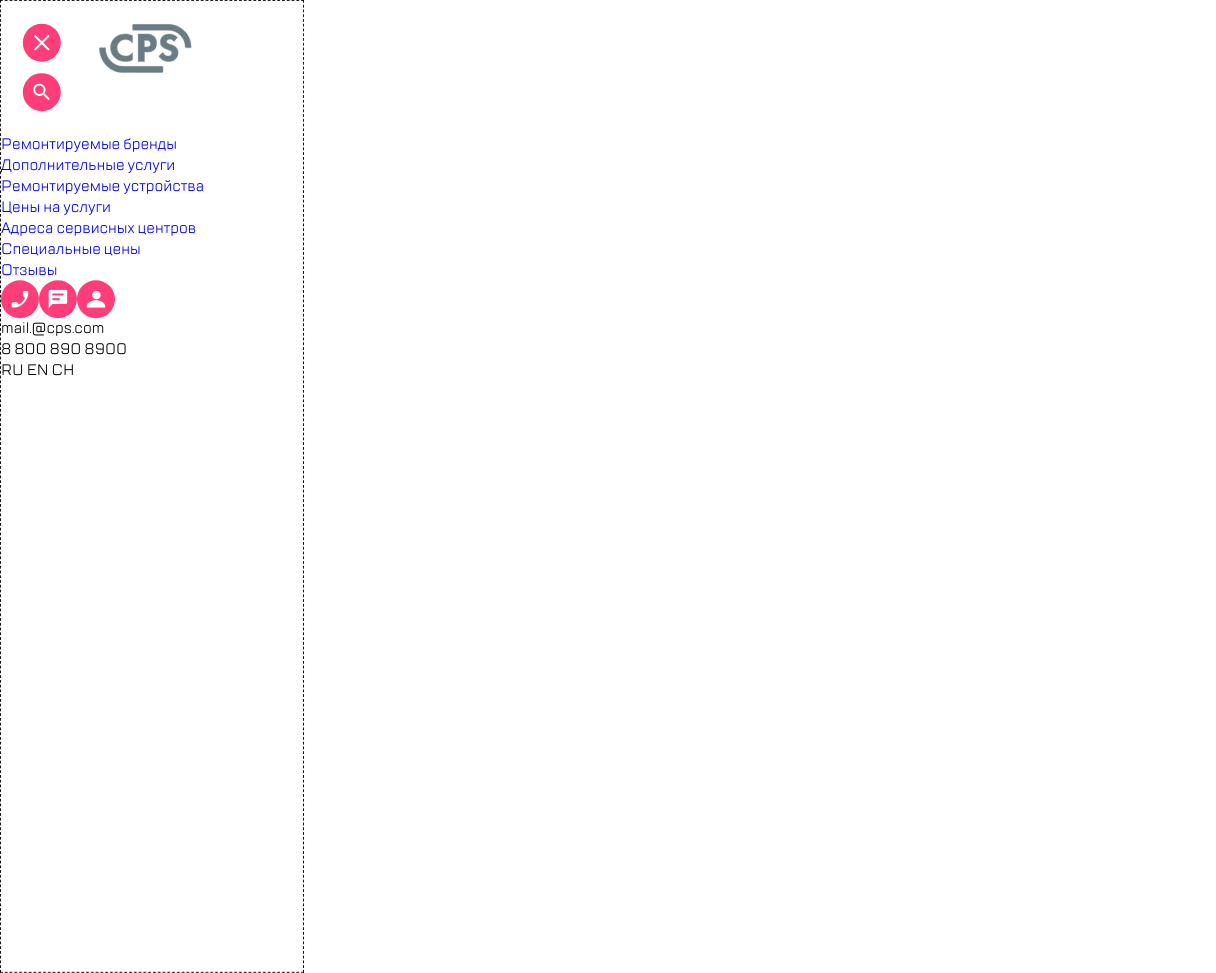
Repository: Dedoxa/Kata-WebCore-
Page: aside.html
The author's editor kept a copy of each file at every save. The page is drawn from the files as they stood at one save, then again after the next save.
The browser window is 1280 px wide. The pictures show the whole page, at 95% of full size.

Above is the page before, as saved 2024-05-11 18:52:22.

### aside.html
<!DOCTYPE html>
<html lang="en">
  <head>
    <meta charset="UTF-8" />
    <meta name="viewport" content="width=device-width, initial-scale=1.0" />
    <link rel="stylesheet" href="./aside.css" />
    <title>Kata WebCore 1.4</title>
  </head>
  <body>
    <aside class="aside">
      <div class="aside-header">
        <div class="aside-header__wrapper">
          <div class="aside-header__left">
            <a href="#" class="icon">
              <svg
                width="18"
                height="18"
                viewBox="0 0 18 18"
                fill="none"
                xmlns="http://www.w3.org/2000/svg"
              >
                <path
                  fill-rule="evenodd"
                  clip-rule="evenodd"
                  d="M2.79348 1.25712C2.40295 0.866593 1.76979 0.866592 1.37927 1.25712L1.25712 1.37927C0.866592 1.76979 0.866593 2.40296 1.25712 2.79348L7.46364 9L1.25712 15.2065C0.866593 15.597 0.866592 16.2302 1.25712 16.6207L1.37927 16.7429C1.76979 17.1334 2.40295 17.1334 2.79348 16.7429L9 10.5364L15.2065 16.7429C15.597 17.1334 16.2302 17.1334 16.6207 16.7429L16.7429 16.6207C17.1334 16.2302 17.1334 15.597 16.7429 15.2065L10.5364 9L16.7429 2.79348C17.1334 2.40296 17.1334 1.76979 16.7429 1.37927L16.6207 1.25712C16.2302 0.866592 15.597 0.866593 15.2065 1.25712L9 7.46364L2.79348 1.25712Z"
                  fill="white"
                />
              </svg>
            </a>
            <a href="#" class="icon">
              <svg
                width="98"
                height="52"
                viewBox="0 0 98 52"
                fill="none"
                xmlns="http://www.w3.org/2000/svg"
              >
                <path
                  fill-rule="evenodd"
                  clip-rule="evenodd"
                  d="M36.5703 0.592529C36.018 0.592529 35.5703 1.04024 35.5703 1.59253V5.86748C35.5703 6.41977 36.018 6.86748 36.5703 6.86748H72.8973C83.0242 6.86748 90.9777 14.6641 90.9777 24.757C90.9777 25.0425 91.2092 25.274 91.4948 25.274H96.757C97.0425 25.274 97.274 25.0425 97.274 24.757C97.274 11.2677 86.432 0.592529 72.8973 0.592529H36.5703Z"
                  fill="#6B7B84"
                  stroke="#80949F"
                  stroke-width="0.5"
                />
                <path
                  fill-rule="evenodd"
                  clip-rule="evenodd"
                  d="M7.10682 25.7122C7.10682 25.4702 6.91059 25.2739 6.66853 25.2739H1.16436C0.922303 25.2739 0.726074 25.4702 0.726074 25.7122C0.726074 39.3616 10.9493 50.6311 24.1687 51.3686L66.5104 51.4064C67.063 51.4069 67.5113 50.959 67.5113 50.4064V45.8267C67.5113 45.2745 67.0635 44.8267 66.5113 44.8267H25.6265C15.3903 44.7984 7.10682 36.283 7.10682 25.7122Z"
                  fill="#6B7B84"
                  stroke="#80949F"
                  stroke-width="0.5"
                />
                <path
                  fill-rule="evenodd"
                  clip-rule="evenodd"
                  d="M28.1415 39.7924C30.8803 39.7924 33.1616 39.2603 35.4149 38.1655L35.5704 38.0199V30.1855L34.7273 31.2649C33.1049 33.0378 30.9259 34.0137 28.4608 34.0137C23.8692 34.0137 19.2575 31.0459 19.2575 25.3738C19.2575 21.0874 22.4381 16.532 28.2993 16.532C29.4688 16.532 32.313 16.8085 34.7232 19.368L35.5704 20.4117V12.6127L35.4218 12.4653C33.1258 11.3147 30.7843 10.7554 28.1137 10.7554C23.5467 10.7554 19.9821 11.9577 17.1438 14.4289C15.3435 15.9777 12.3408 19.4485 12.3408 25.2923C12.3408 29.6131 13.8793 32.9875 17.1669 35.9144C20.2252 38.5962 23.6163 39.7924 28.1415 39.7924Z"
                  fill="#6B7B84"
                />
                <path
                  d="M28.1415 39.7924C30.8803 39.7924 33.1616 39.2603 35.4149 38.1655L35.5704 38.0199V30.1855L34.7273 31.2649C33.1049 33.0378 30.9259 34.0137 28.4608 34.0137C23.8692 34.0137 19.2575 31.0459 19.2575 25.3738C19.2575 21.0874 22.4381 16.532 28.2993 16.532C29.4688 16.532 32.313 16.8085 34.7232 19.368L35.5704 20.4117V12.6127L35.4218 12.4653C33.1258 11.3147 30.7843 10.7554 28.1137 10.7554C23.5467 10.7554 19.9821 11.9577 17.1438 14.4289C15.3435 15.9777 12.3408 19.4485 12.3408 25.2923C12.3408 29.6131 13.8793 32.9875 17.1669 35.9144C20.2252 38.5962 23.6163 39.7924 28.1415 39.7924"
                  stroke="#80949F"
                  stroke-width="0.5"
                />
                <path
                  fill-rule="evenodd"
                  clip-rule="evenodd"
                  d="M47.9111 17.2888H49.2755C50.5269 17.2888 51.9533 17.3571 53.0328 18.093C53.56 18.4695 54.4445 19.3412 54.4445 20.9246C54.4445 22.0946 53.9274 23.1437 53.0734 23.7984C51.9783 24.5932 50.6768 24.5476 49.6309 24.5476H47.9111V17.2888ZM50.977 29.8179C54.2084 29.8179 56.7377 28.8858 58.4943 27.1298C60.655 24.9735 60.9779 22.0073 60.9779 20.4435C60.9779 18.7703 60.5813 15.5066 57.9212 13.1435C55.7407 11.2328 53.4142 10.7554 50.1324 10.7554H41.3779V39.7924H48.0365V29.8179H50.977Z"
                  fill="#6B7B84"
                />
                <path
                  d="M47.9111 17.2888V17.0388H47.6611V17.2888H47.9111ZM53.0328 18.093L53.1782 17.8895L53.1736 17.8864L53.0328 18.093ZM53.0734 23.7984L53.2203 24.0007L53.2254 23.9968L53.0734 23.7984ZM47.9111 24.5476H47.6611V24.7976H47.9111V24.5476ZM58.4943 27.1298L58.3177 26.9529L58.3175 26.953L58.4943 27.1298ZM57.9212 13.1435L58.0872 12.9566L58.086 12.9555L57.9212 13.1435ZM41.3779 10.7554V10.5054H41.1279V10.7554H41.3779ZM41.3779 39.7924H41.1279V40.0424H41.3779V39.7924ZM48.0365 39.7924V40.0424H48.2865V39.7924H48.0365ZM48.0365 29.8179V29.5679H47.7865V29.8179H48.0365ZM47.9111 17.5388H49.2755V17.0388H47.9111V17.5388ZM49.2755 17.5388C50.5326 17.5388 51.8839 17.6123 52.892 18.2995L53.1736 17.8864C52.0227 17.1019 50.5212 17.0388 49.2755 17.0388V17.5388ZM52.8875 18.2964C53.3751 18.6447 54.1945 19.4495 54.1945 20.9246H54.6945C54.6945 19.233 53.7448 18.2943 53.1782 17.8895L52.8875 18.2964ZM54.1945 20.9246C54.1945 22.0205 53.7107 22.9948 52.9213 23.5999L53.2254 23.9968C54.1441 23.2926 54.6945 22.1687 54.6945 20.9246H54.1945ZM52.9265 23.596C51.9091 24.3345 50.6971 24.2976 49.6309 24.2976V24.7976C50.6564 24.7976 52.0475 24.8519 53.2202 24.0007L52.9265 23.596ZM49.6309 24.2976H47.9111V24.7976H49.6309V24.2976ZM48.1611 24.5476V17.2888H47.6611V24.5476H48.1611ZM50.977 30.0679C54.2568 30.0679 56.8563 29.1207 58.671 27.3066L58.3175 26.953C56.6191 28.6509 54.1599 29.5679 50.977 29.5679V30.0679ZM58.6709 27.3068C60.9029 25.0793 61.2279 22.0287 61.2279 20.4435H60.7279C60.7279 21.9859 60.407 24.8678 58.3177 26.9529L58.6709 27.3068ZM61.2279 20.4435C61.2279 18.7422 60.8263 15.3898 58.0872 12.9566L57.7552 13.3304C60.3363 15.6233 60.7279 18.7983 60.7279 20.4435H61.2279ZM58.086 12.9555C55.84 10.9874 53.4417 10.5054 50.1324 10.5054V11.0054C53.3867 11.0054 55.6415 11.4782 57.7564 13.3315L58.086 12.9555ZM50.1324 10.5054H41.3779V11.0054H50.1324V10.5054ZM41.1279 10.7554V39.7924H41.6279V10.7554H41.1279ZM41.3779 40.0424H48.0365V39.5424H41.3779V40.0424ZM48.2865 39.7924V29.8179H47.7865V39.7924H48.2865ZM48.0365 30.0679H50.977V29.5679H48.0365V30.0679Z"
                  fill="#80949F"
                />
                <path
                  fill-rule="evenodd"
                  clip-rule="evenodd"
                  d="M80.953 24.4687C79.5053 23.1861 77.4846 22.4425 75.1911 21.6713C73.5569 21.1027 72.6565 20.7894 72.0562 20.2421C71.5824 19.8399 71.3712 19.4033 71.3712 18.8262C71.3712 17.5622 72.2301 16.2113 74.6414 16.2113C76.2801 16.2113 77.6521 16.912 78.7197 18.293L79.1435 18.8414L82.6597 14.3656L82.3392 14.0445C80.1886 11.8924 77.3548 10.7554 74.1439 10.7554C67.6657 10.7554 64.7658 14.9699 64.7658 19.1468C64.7658 21.3882 65.5651 23.196 67.1367 24.5175C68.5437 25.7234 70.2595 26.3991 71.9054 26.9507L72.0914 27.0123C73.553 27.4954 75.0646 27.9954 75.9674 28.8034C76.5955 29.3805 76.8754 30.0076 76.8754 30.8367C76.8754 32.7368 75.379 34.0137 73.152 34.0137C71.3916 34.0137 69.0735 33.1508 67.8471 30.7296L67.5263 30.0953L63.1558 34.1411L63.4135 34.5056C64.8079 36.4801 67.9545 39.7924 73.3594 39.7924C79.3191 39.7924 83.4817 35.9608 83.4817 30.4751C83.4817 27.3374 82.1051 25.4752 80.953 24.4687Z"
                  fill="#6B7B84"
                />
                <path
                  d="M80.953 24.4687C79.5053 23.1861 77.4846 22.4425 75.1911 21.6713C73.5569 21.1027 72.6565 20.7894 72.0562 20.2421C71.5824 19.8399 71.3712 19.4033 71.3712 18.8262C71.3712 17.5622 72.2301 16.2113 74.6414 16.2113C76.2801 16.2113 77.6521 16.912 78.7197 18.293L79.1435 18.8414L82.6597 14.3656L82.3392 14.0445C80.1886 11.8924 77.3548 10.7554 74.1439 10.7554C67.6657 10.7554 64.7658 14.9699 64.7658 19.1468C64.7658 21.3882 65.5651 23.196 67.1367 24.5175C68.5437 25.7234 70.2595 26.3991 71.9054 26.9507L72.0914 27.0123C73.553 27.4954 75.0646 27.9954 75.9674 28.8034C76.5955 29.3805 76.8754 30.0076 76.8754 30.8367C76.8754 32.7368 75.379 34.0137 73.152 34.0137C71.3916 34.0137 69.0735 33.1508 67.8471 30.7296L67.5263 30.0953L63.1558 34.1411L63.4135 34.5056C64.8079 36.4801 67.9545 39.7924 73.3594 39.7924C79.3191 39.7924 83.4817 35.9608 83.4817 30.4751C83.4817 27.3374 82.1051 25.4752 80.953 24.4687"
                  stroke="#80949F"
                  stroke-width="0.5"
                />
              </svg>
            </a>
          </div>
          <div class="aside-header__right">
            <a href="#" class="icon">
              <svg
                width="18"
                height="18"
                viewBox="0 0 18 18"
                fill="none"
                xmlns="http://www.w3.org/2000/svg"
              >
                <path
                  fill-rule="evenodd"
                  clip-rule="evenodd"
                  d="M12.5006 11.0006H11.7106L11.4306 10.7306C12.6306 9.33063 13.2506 7.42063 12.9106 5.39063C12.4406 2.61063 10.1206 0.390626 7.32063 0.0506256C3.09063 -0.469374 -0.469374 3.09063 0.0506256 7.32063C0.390626 10.1206 2.61063 12.4406 5.39063 12.9106C7.42063 13.2506 9.33063 12.6306 10.7306 11.4306L11.0006 11.7106V12.5006L15.2606 16.7506C15.6706 17.1606 16.3306 17.1606 16.7406 16.7506L16.7506 16.7406C17.1606 16.3306 17.1606 15.6706 16.7506 15.2606L12.5006 11.0006ZM6.50063 11.0006C4.01063 11.0006 2.00063 8.99063 2.00063 6.50063C2.00063 4.01063 4.01063 2.00063 6.50063 2.00063C8.99063 2.00063 11.0006 4.01063 11.0006 6.50063C11.0006 8.99063 8.99063 11.0006 6.50063 11.0006Z"
                  fill="white"
                />
              </svg>
            </a>
          </div>
        </div>
      </div>
      <nav class="aside__bookmark-list">
        <a
          href="#"
          class="bookmark bookmark--focus"
        >
          Ремонтируемые бренды
        </a>
        <a href="#" class="bookmark">
          Дополнительные услуги
        </a>
        <a href="#" class="bookmark">
          Ремонтируемые устройства
        </a>
        <a href="#" class="bookmark">Цены на услуги</a>
        <a href="#" class="bookmark">
          Адреса сервисных центров
        </a>
        <a href="#" class="bookmark">
          Специальные цены
        </a>
        <a href="#" class="bookmark">Отзывы</a>
      </nav>
      <div class="aside-footer">
        <div class="aside-footer__icons">
            <a href="#" class="icon">
              <svg
                width="18"
                height="18"
                viewBox="0 0 18 18"
                fill="none"
                xmlns="http://www.w3.org/2000/svg"
              >
                <path
                  fill-rule="evenodd"
                  clip-rule="evenodd"
                  d="M1.76019 12.25L4.30019 11.96C4.91019 11.89 5.51019 12.1 5.94019 12.53L7.78019 14.37C10.6102 12.93 12.9302 10.62 14.3702 7.78L12.5202 5.93C12.0902 5.5 11.8802 4.9 11.9502 4.29L12.2402 1.77C12.3602 0.76 13.2102 0 14.2302 0H15.9602C17.0902 0 18.0302 0.94 17.9602 2.07C17.4302 10.61 10.6002 17.43 2.07019 17.96C0.940193 18.03 0.00019455 17.09 0.00019455 15.96V14.23C-0.00980568 13.22 0.750193 12.37 1.76019 12.25Z"
                  fill="white"
                />
              </svg>
            </a>
            <a href="#" class="icon">
              <svg
                width="20"
                height="20"
                viewBox="0 0 20 20"
                fill="none"
                xmlns="http://www.w3.org/2000/svg"
              >
                <path
                  fill-rule="evenodd"
                  clip-rule="evenodd"
                  d="M18 0H2C0.9 0 0.01 0.9 0.01 2L0 20L4 15H18C19.1 15 20 14.1 20 13V2C20 0.9 19.1 0 18 0ZM11 11H5C4.45 11 4 10.55 4 10C4 9.45 4.45 9 5 9H11C11.55 9 12 9.45 12 10C12 10.55 11.55 11 11 11ZM15 6H5C4.45 6 4 5.55 4 5C4 4.45 4.45 4 5 4H15C15.55 4 16 4.45 16 5C16 5.55 15.55 6 15 6Z"
                  fill="white"
                />
              </svg>
            </a>
            <a href="#" class="icon">
              <svg
                width="20"
                height="18"
                viewBox="0 0 20 18"
                fill="none"
                xmlns="http://www.w3.org/2000/svg"
              >
                <path
                  d="M10.5 9C12.9853 9 15 6.98528 15 4.5C15 2.01472 12.9853 0 10.5 0C8.01472 0 6 2.01472 6 4.5C6 6.98528 8.01472 9 10.5 9Z"
                  fill="white"
                />
                <path
                  d="M0.0165859 16.6118C-0.113065 17.3412 0.535191 18 1.33903 18H18.6604C19.4902 18 20.1125 17.3412 19.9829 16.6118C19.2309 12.4 15.0561 10 9.99973 10C4.94333 10 0.768563 12.4 0.0165859 16.6118Z"
                  fill="white"
                />
              </svg>
            </a>
        </div>
        <div class="contacts">
          <div class="contacts__email">mail.@cps.com</div>
          <div class="contacts__phone-number">8 800 890 8900</div>
        </div>
        <div class="lang-switch">
          <span class="lang-switch__option lang-switch__option--current">RU</span>
          <span class="lang-switch__option">EN</span>
          <span class="lang-switch__option">CH</span>
        </div>
      </div>
    </aside>
  </body>
</html>

### aside.css
/* Добавление шрифта */
@font-face {
  font-family: "TT Lakes Regular";
  src: url(fonts/TTLakes/Regular/TTLakes-Regular.eot);
  src: url(fonts/TTLakes/Regular/TTLakes-Regular.eot?#iefix)
      format("embedded-opentype"),
    url(fonts/TTLakes/Regular/TTLakes-Regular.woff) format("woff"),
    url(fonts/TTLakes/Regular/TTLakes-Regular.ttf) format("truetype");
  font-weight: normal;
  font-style: normal;
}

@font-face {
  font-family: "TT Lakes Bold";
  src: url(fonts/TTLakes/Bold/TTLakes-Bold.eot);
  src: url(fonts/TTLakes/Bold/TTLakes-Bold.eot?#iefix)
      format("embedded-opentype"),
    url(fonts/TTLakes/Bold/TTLakes-Bold.woff) format("woff"),
    url(fonts/TTLakes/Bold/TTLakes-Bold.ttf) format("truetype");
  font-weight: normal;
  font-style: normal;
}

@font-face {
  font-family: "TT Lakes Medium";
  src: url(fonts/TTLakes/Medium/TTLakes-Medium.eot);
  src: url(fonts/TTLakes/Medium/TTLakes-Medium.eot?#iefix)
      format("embedded-opentype"),
    url(fonts/TTLakes/Medium/TTLakes-Medium.woff) format("woff"),
    url(fonts/TTLakes/Medium/TTLakes-Medium.ttf) format("truetype");
  font-weight: normal;
  font-style: normal;
}

html {
  box-sizing: border-box;
  font-family: "TT Lakes Regular", Times, serif;
}

*,
*:before,
*:after {
  box-sizing: inherit;
}

body,
html,
h1,
h2,
p {
  margin: 0;
  padding: 0;
}

svg {
  position: absolute;
  top: 50%;
  left: 50%;
  transform: translate(-50%, -50%);
}

.aside {
  width: 320px;
  min-height: 1024px;
  border: 1px dashed black;
}

.aside-header {
  display: flex;
  justify-content: space-between;
  background-color: #ffffff;
}

.aside-header__wrapper {
  margin-top: 24px;
  margin-bottom: 24px;
  margin-right: 23px;
  margin-left: 23px;
}

.aside-header__left,
.aside-header__right {
  display: flex;
  flex: 0 1 auto;
  gap: 40px;
}

.icon {
  flex: 0 0 auto;
  position: relative;
  width: 40px;
  height: 40px;
  background-color: #ff3e79;
  border-radius: 50%;
}

.aside-header__left .icon:nth-child(2) {
  background-color: transparent;
  width: 98px;
  height: 52px;
}

.title {
  display: flex;
}

.title__heading {
  font-family: "TT Lakes Bold";
  font-size: 28px;
  color: #1b1c21;
}

.title__heading:before {
  content: "";
  display: block;
  position: absolute;
  left: -4px;
  width: 8px;
  height: 40px;
  border-radius: 10px;
  background-color: #41f6d7;
}

.aside__bookmark-list {
  display: block;
}

.bookmark {
  display: block;
  text-decoration: none;
  font-family: "TT Lakes Regular", Times, serif;
}

.aside-footer__icons {
  display: flex;
}

After the next save:
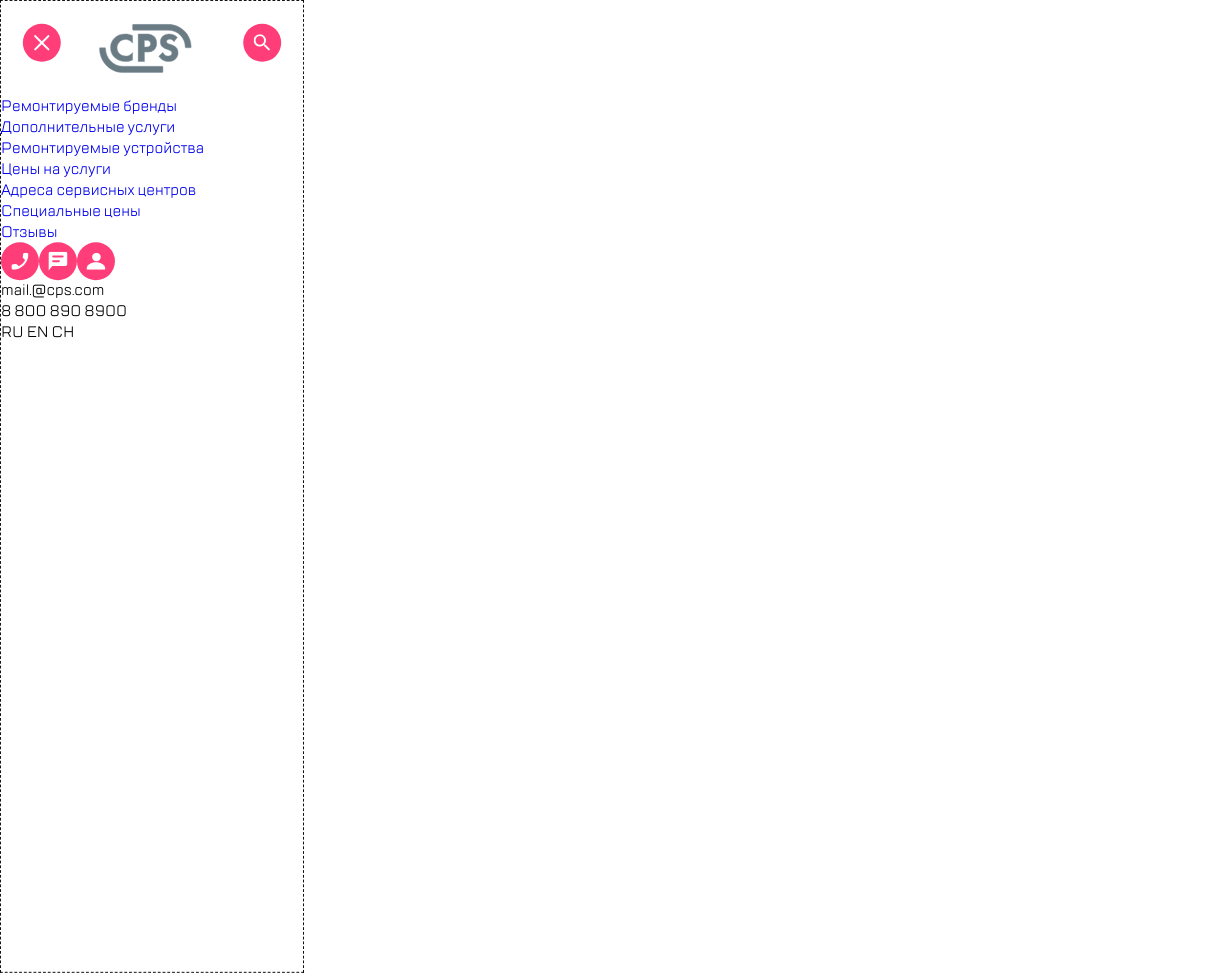
Saved 21 s later.
--- a/aside.css
+++ b/aside.css
@@ -66,12 +66,12 @@
 }
 
 .aside-header {
-  display: flex;
-  justify-content: space-between;
   background-color: #ffffff;
 }
 
 .aside-header__wrapper {
+  display: flex;
+  justify-content: space-between;
   margin-top: 24px;
   margin-bottom: 24px;
   margin-right: 23px;
